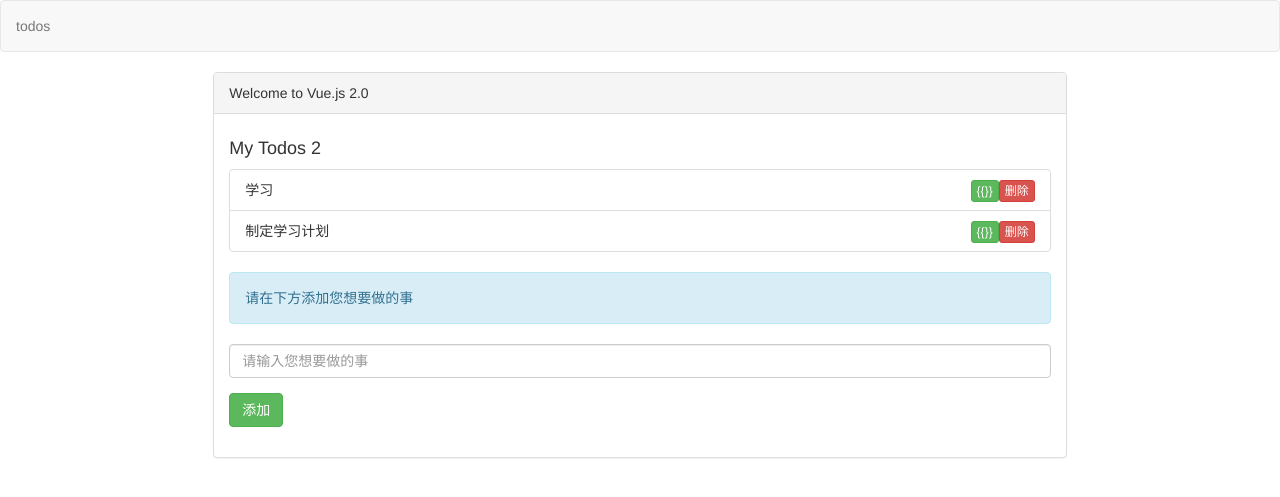
Repository: myr1111/todo
Page: Todoapp/index.html
These files come from the project's save history. The page is drawn as it stood at one moment and after a run of saves; the edit follows.
The browser window is 1280 px wide. The pictures show the whole page.

Above is the page before, as saved 2019-04-01 09:08:04.

After the next 2 saves:
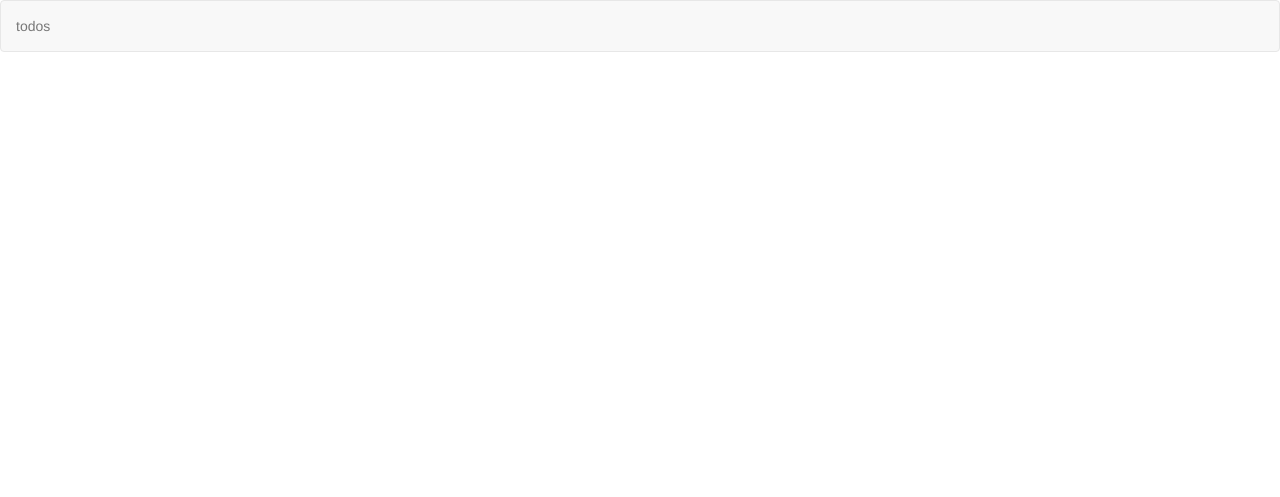
The 2 saves are shown as one change because they came seconds apart.
The last was saved 5 s later.
--- a/Todoapp/index.html
+++ b/Todoapp/index.html
@@ -35,7 +35,7 @@
                                 :class="[todo.status?'btn-warning':'btn-success']"
                                 class="btn btn-success btn-xs pull-right"
                                 >
-                                {{}}
+                                {{todo.status?''}}
                             </button>
                         </li>
                     </ul>

After the 4 saves that followed:
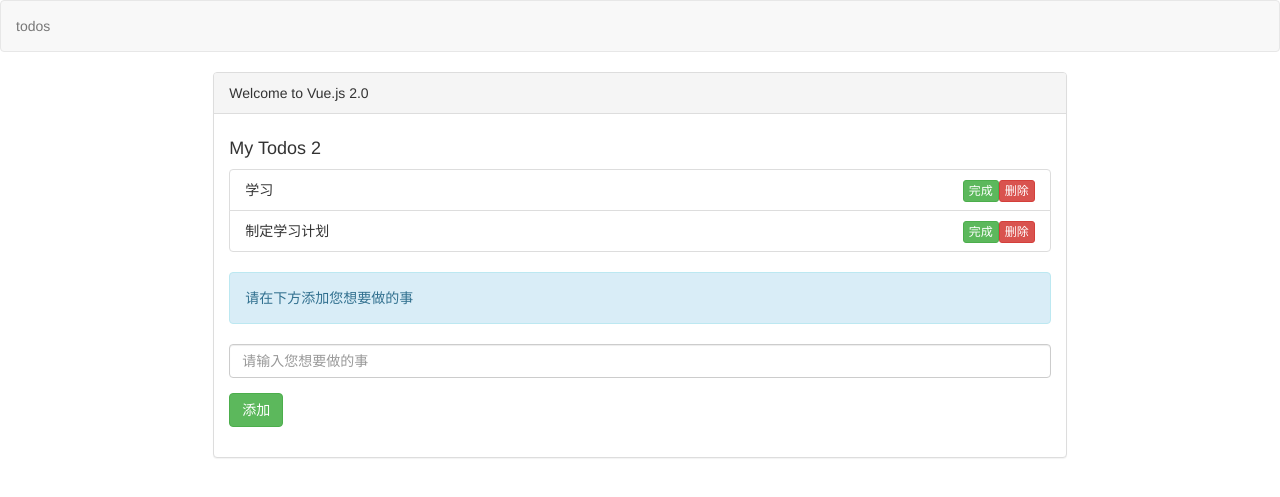
The 4 saves are shown as one change because they came seconds apart.
The last was saved 11 s later.
--- a/Todoapp/index.html
+++ b/Todoapp/index.html
@@ -35,7 +35,7 @@
                                 :class="[todo.status?'btn-warning':'btn-success']"
                                 class="btn btn-success btn-xs pull-right"
                                 >
-                                {{todo.status?''}}
+                                {{todo.status?'未完成':'完成'}}
                             </button>
                         </li>
                     </ul>
